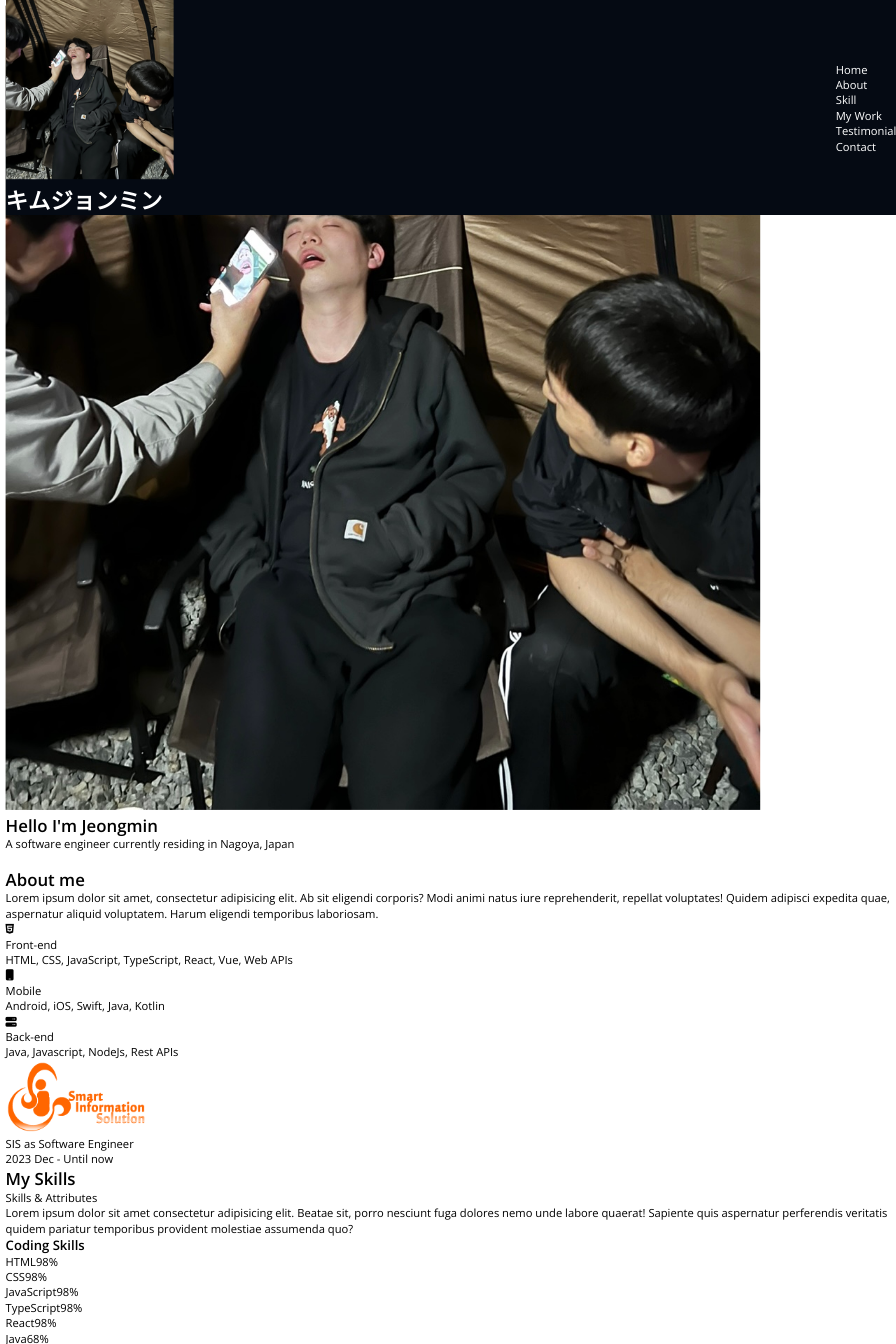
Repository: N1C0N1C0/Portfolio
Page: index.html
The author's editor kept a copy of each file at every save. The page is drawn from the files as they stood at one save, then again after the next save.
The browser window is 1280 px wide. The pictures show the part of the page from y = 0 to 1920 px (the page is 5881 px tall), at 70% of full size.
Some web libraries are served in a nearby version.

Above is the page before, as saved 2023-12-14 22:34:48.

### index.html
<!DOCTYPE html>
<html lang="jp">
<head>
    <meta charset="UTF-8">
    <meta name="viewport" content="width=device-width, initial-scale=1.0">
    <!-- SEO -->
    <title>My&#39s Portfolio</title>
    <meta
        name="description"
        content="Portfolio for job change"
    />
    <meta
        name="author" content="KimJeongmin"
    />
    <link rel="shortcut icon" href="images/favicon.ico" type="image/x-icon">
    <!-- OG(OPEN Graph Data) -->
    <meta property="og:title" content="Portfolio"/>
    <meta property="og:type" content="website"/>
    <meta property="og:url" content="URL generated after deployment"/>
    <meta property="og:image" content="Image URL created after deployment"/>
    <!-- Google Fonts -->
    <link rel="preconnect" href="https://fonts.googleapis.com">
    <link rel="preconnect" href="https://fonts.gstatic.com" crossorigin>
    <link href="https://fonts.googleapis.com/css2?family=Noto+Sans+JP:wght@300;400;500&family=Open+Sans:wght@400;600&display=swap" rel="stylesheet">
    <!-- Font Awesome -->
    <script src="https://kit.fontawesome.com/04742e9fab.js" crossorigin="anonymous"></script>
    <!-- CSS -->
    <link rel="stylesheet" href="css/style.css">
    <!-- Javascript -->
    <script src="src/main.js" defer></script>
</head>
<body>
    <!-- Header -->
    <header class="header">
        <div class="header__logo">
            <img src="images/favicon.ico" alt="logo" />
            <h1><a href="#">キムジョンミン</a></h1>
        </div>
        <nav>
            <ul>
                <li><a href="#home">Home</a></li>
                <li><a href="#about">About</a></li>
                <li><a href="#skills">Skill</a></li>
                <li><a href="#work">My Work</a></li>
                <li><a href="#testimonials">Testimonials</a></li>
                <li><a href="#contact">Contact</a></li>
            </ul>
        </nav>
    </header>
    <!-- Main -->
    <main>
        <!-- Home -->
        <section id="home">
            <img src="images/profile.JPG" alt="profile">
            <h2>Hello I&#39;m Jeongmin</h2>
            <p>A software engineer currently residing in Nagoya, Japan</p>
            <a href="#contact">Contact Me</a>
        </section>
        <!-- About -->
        <section id="about">
            <h2>About me</h2>
            <p>
                Lorem ipsum dolor sit amet, consectetur adipisicing elit. Ab sit eligendi corporis? Modi animi natus iure reprehenderit, repellat voluptates! Quidem adipisci expedita quae, aspernatur aliquid voluptatem. Harum eligendi temporibus laboriosam.
            </p>
            <ul>
                <li>
                    <i class="fa-brands fa-html5"></i>
                    <p>Front-end</p>
                    <p>HTML, CSS, JavaScript, TypeScript, React, Vue, Web APIs</p>
                </li>
                <li>
                    <i class="fa-solid fa-mobile"></i>
                    <p>Mobile</p>
                    <p>Android, iOS, Swift, Java, Kotlin</p>
                </li>
                <li>
                    <i class="fa-solid fa-server"></i>
                    <p>Back-end</p>
                    <p>Java, Javascript, NodeJs, Rest APIs</p>
                </li>
            </ul>
            <ul>
                <li>
                    <img src="images/sis_image.png" alt="株式 SIS">
                    <div>
                        <p>SIS as Software Engineer</p>
                        <p>2023 Dec - Until now</p>
                    </div>
                </li>
            </ul>
        </section>
        <!-- Skills -->
        <section id="skills">
            <h2>My Skills</h2>
            <p>Skills & Attributes</p>
            <p>
                Lorem ipsum dolor sit amet consectetur adipisicing elit. Beatae sit, porro nesciunt fuga dolores nemo unde labore quaerat! Sapiente quis aspernatur perferendis veritatis quidem     pariatur temporibus provident molestiae assumenda quo?
            </p>
            <div>
                <section>
                    <h3>Coding Skills</h3>
                    <ul>
                        <li>
                            <div><span>HTML</span><span>98%</span></div>
                            <div><div style="width: 98%"></div></div>
                        </li>
                        <li>
                            <div><span>CSS</span><span>98%</span></div>
                            <div><div style="width: 98%"></div></div>
                        </li>
                        <li>
                            <div><span>JavaScript</span><span>98%</span></div>
                            <div><div style="width: 98%"></div></div>
                        </li>
                        <li>
                            <div><span>TypeScript</span><span>98%</span></div>
                            <div><div style="width: 98%"></div></div>
                        </li>
                        <li>
                            <div><span>React</span><span>98%</span></div>
                            <div><div style="width: 98%"></div></div>
                        </li>
                        <li>
                            <div><span>Java</span><span>68%</span></div>
                            <div><div style="width: 68%"></div></div>
                        </li>
                    </ul>
                </section>
                <section>
                    <h3>Tools</h3>
                    <ul>
                        <li>Visual Studio Code</li>
                        <li>IntelliJ</li>
                        <li>Eclipse</li>
                        <li>SpringToolSuite4</li>
                    </ul>
                </section>
                <section>
                    <h3>Etc</h3>
                    <ul>
                        <li>Git</li>
                        <li>Post Man</li>
                        <li>Math</li>
                    </ul>
                </section>
            </div>
        </section>
        <!-- Work -->
        <section id="work">
            <h2>My work</h2>
            <p>Projects</p>
            <ul>
                <li><button>All <span>8</span></button></li>
                <li><button>Front-end <span>3</span></button></li>
                <li><button>back-end <span>3</span></button></li>
                <li><button>Mobile <span>2</span></button></li>
            </ul>
            <ul>
                <li><a href="#" target="_blank">
                    <img src="images/ncs_image.gif" alt="profile1">
                    <div>
                        <h3>Project #1</h3>
                        <p>Clone Coding with HTML, CSS</p>
                    </div>
                </a></li>
                <li><a href="#" target="_blank">
                    <img src="images/ncs_image.gif" alt="profile2">
                    <div>
                        <h3>Project #2</h3>
                        <p>Clone Coding with HTML, CSS</p>
                    </div>
                </a></li>
                <li><a href="#" target="_blank">
                    <img src="images/ncs_image.gif" alt="profile3">
                    <div>
                        <h3>Project #3</h3>
                        <p>Clone Coding with HTML, CSS</p>
                    </div>
                </a></li>
                <li><a href="#" target="_blank">
                    <img src="images/ncs_image.gif" alt="profile4">
                    <div>
                        <h3>Project #4</h3>
                        <p>Clone Coding with HTML, CSS</p>
                    </div>
                </a></li>
                <li><a href="#" target="_blank">
                    <img src="images/ncs_image.gif" alt="profile5">
                    <div>
                        <h3>Project #5</h3>
                        <p>Clone Coding with HTML, CSS</p>
                    </div>
                </a></li>
                <li><a href="#" target="_blank">
                    <img src="images/ncs_image.gif" alt="profile6">
                    <div>
                        <h3>Project #6</h3>
                        <p>Clone Coding with HTML, CSS</p>
                    </div>
                </a></li>
                <li><a href="#" target="_blank">
                    <img src="images/ncs_image.gif" alt="profile7">
                    <div>
                        <h3>Project #7</h3>
                        <p>Clone Coding with HTML, CSS</p>
                    </div>
                </a></li>
                <li><a href="#" target="_blank">
                    <img src="images/ncs_image.gif" alt="profile8">
                    <div>
                        <h3>Project #8</h3>
                        <p>Clone Coding with HTML, CSS</p>
                    </div>
                </a></li>
            </ul>
        </section>
        <!-- Testimonials -->
        <section id="testimonials">
            <h2>Testimonial</h2>
            <p>See what they say about me</p>
            <ul>
                <li>
                    <img src="images/favicon.ico" alt="">
                    <div>
                        <p>Lorem ipsum dolor sit amet, consectetur adipisicing elit. Nesciunt modi iusto veniam commodi reiciendis ullam optio, delectus cum pariatur ea magnam accusamus dolor sequi praesentium aliquid laudantium non quae eligendi.</p>
                        <p><a href="#">James Kim</a> / Google</p>
                    </div>
                </li>
                <li>
                    <img src="images/favicon.ico" alt="">
                    <div>
                        <p>Lorem ipsum dolor sit amet, consectetur adipisicing elit. Nesciunt modi iusto veniam commodi reiciendis ullam optio, delectus cum pariatur ea magnam accusamus dolor sequi praesentium aliquid laudantium non quae eligendi.</p>
                        <p><a href="#">James Kim</a> / Google</p>
                    </div>
                </li>
                <li>
                    <img src="images/favicon.ico" alt="">
                    <div>
                        <p>Lorem ipsum dolor sit amet, consectetur adipisicing elit. Nesciunt modi iusto veniam commodi reiciendis ullam optio, delectus cum pariatur ea magnam accusamus dolor sequi praesentium aliquid laudantium non quae eligendi.</p>
                        <p><a href="#">James Kim</a> / Google</p>
                    </div>
                </li>
            </ul>
        </section>
        <!-- Arrow up -->
        <aside>
            <a href="#home" title="back to top">
                <i class="fa-solid fa-arrow-up"></i>
            </a>
        </aside>
    </main>
    <!-- Footer -->
    <footer id="contact">
        <h2>Let&#39;s talk</h2>
        <p>dothd8775@gmail.com</p>
        <ul>
            <li>
                <a href="https//github.com/" target="_blank" title="my github link">
                    <i class="fa-brands fa-github"></i>
                </a>
            </li>
            <li>
                <a href="https//github.com/" target="_blank" title="my kinkedin link">
                    <i class="fa-brands fa-linkedin"></i>
                </a>
            </li>
        </ul>
        <p>©️kimujeongmin</p>
    </footer>
</body>
</html>

### css/style.css
/* Global */
:root {
    /* App Colors */
    --color-primary: var(--color-black);
    --color-primary-variant: var(--color-gray);
    --color-accent: var(--color-blue);
    --color-accent-variant: var(--color-orange);
    --color-text: var(--color-white);

    /* Colors */
    --color-white : #ffffff;
    --color-black : #050a13;
    --color-blue : #03e8f9;
    --color-orange : #fd6413;
    --color-gray : #1b1e26;
}

* {
    box-sizing: border-box;
}

body {
    font-family: 'Open Sans', sans-serif;
}

h1, h2, h3, p, ul {
    margin: 0;
}

ul {
    list-style: none;
    padding: 0;
}

a {
    text-decoration: none;
    color: var(--color-text);
}

button {
    background-color: transparent;
    outline: 0;
    border: 0;
}

button:focus {
    outline: 1px solid var(--color-accent);
}

/* Header */
.header {
    background-color: var(--color-black);
    position: fixed;
    top: 0;
    width: 100%;
    display: flex;
    justify-content: space-between;
    align-items: center;
}

Loaded but not shown: src/main.js (no copy from this time; the picture is the same without it)

After the next save:
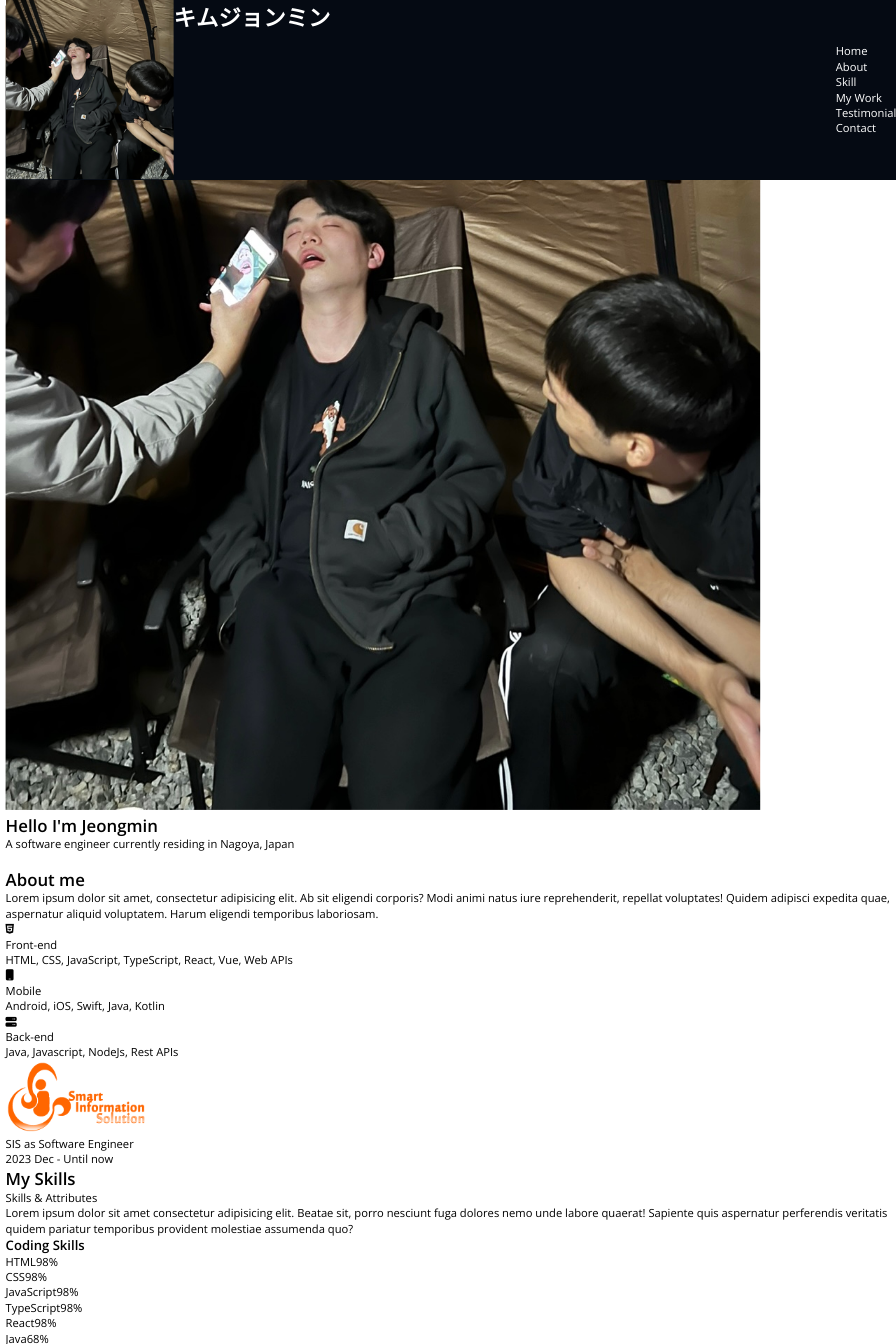
Saved 20 s later.
--- a/css/style.css
+++ b/css/style.css
@@ -57,3 +57,8 @@ button:focus {
     justify-content: space-between;
     align-items: center;
 }
+
+.header__logo {
+    display: flex;
+
+}
